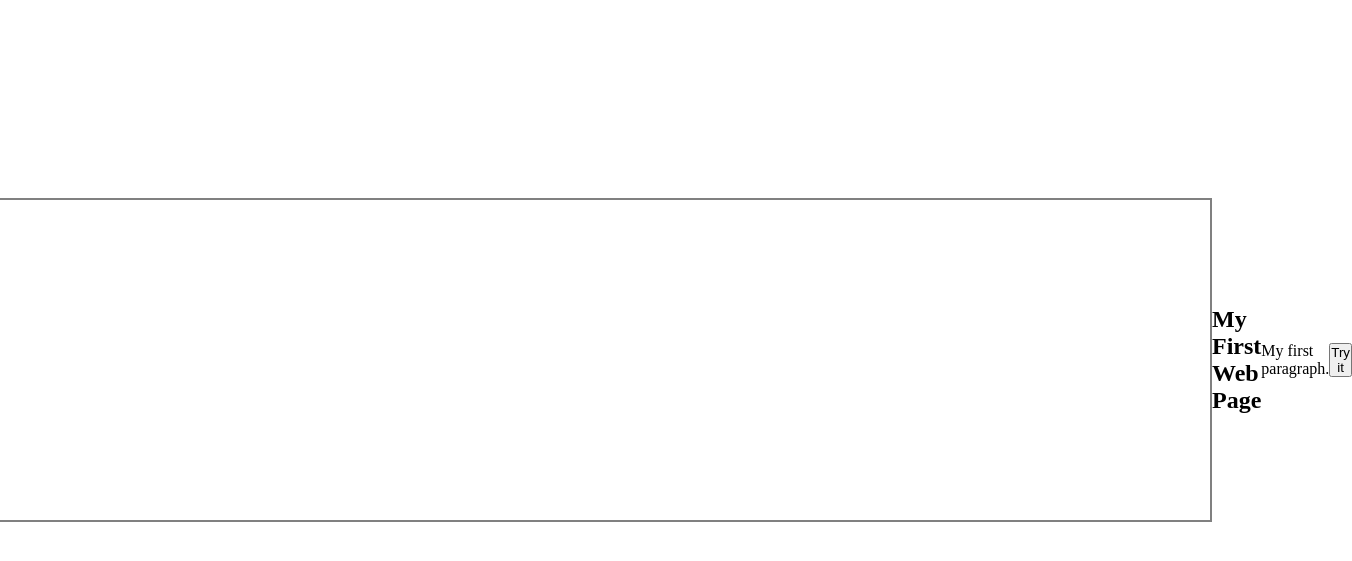
Repository: btgoo/game
Page: car.html
The author's editor kept a copy of each file at every save. The page is drawn from the files as they stood at one save, then again after the next save.
The browser window is 1280 px wide. The page is 1352 px wide, then 1282 px, so the pictures cover 1352 px, including what lies to the right of the window. The pictures show the whole page.

Above is the page before, as saved 2025-10-25 15:35:28.

After the next save:
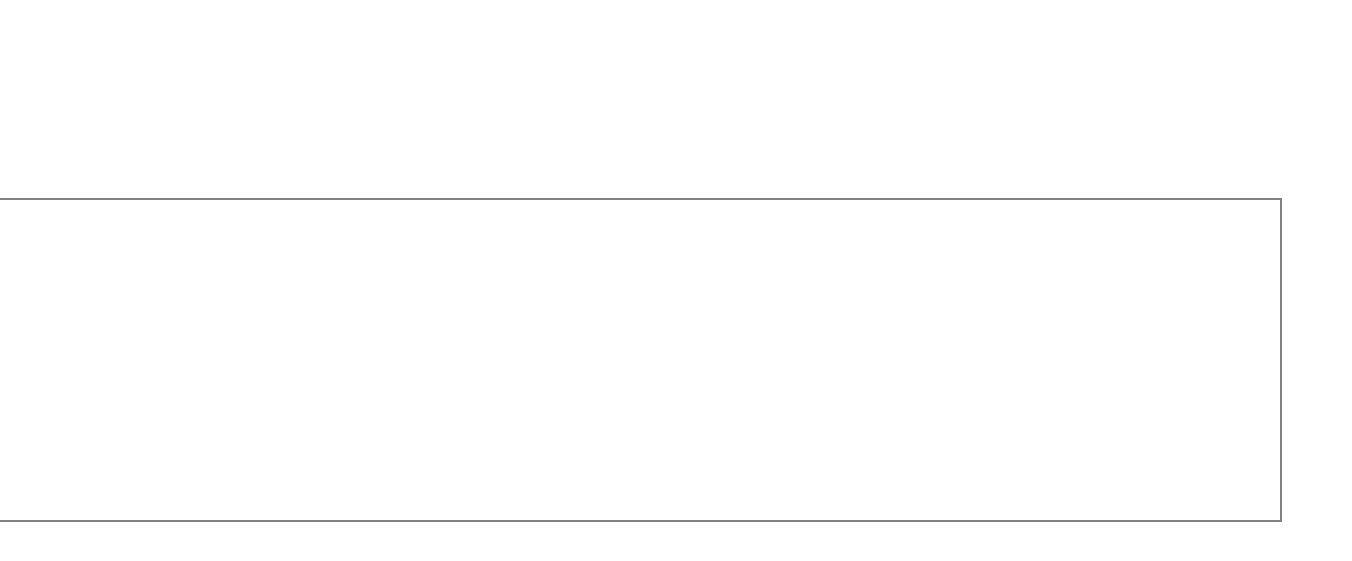
Saved 117 s later.
--- a/car.html
+++ b/car.html
@@ -10,13 +10,5 @@
 </head>
 <body>
     <canvas id="game"></canvas>
-    <br>
-    <h2> My First Web Page</h2>
-    <p>My first paragraph.</p>
-
-    <p id="demo"></p>
-
-    <button type="button" onclick="document.getElementById('demo').innerText = (5 + 6)">Try it</button>
-
 </body>
  </html>
